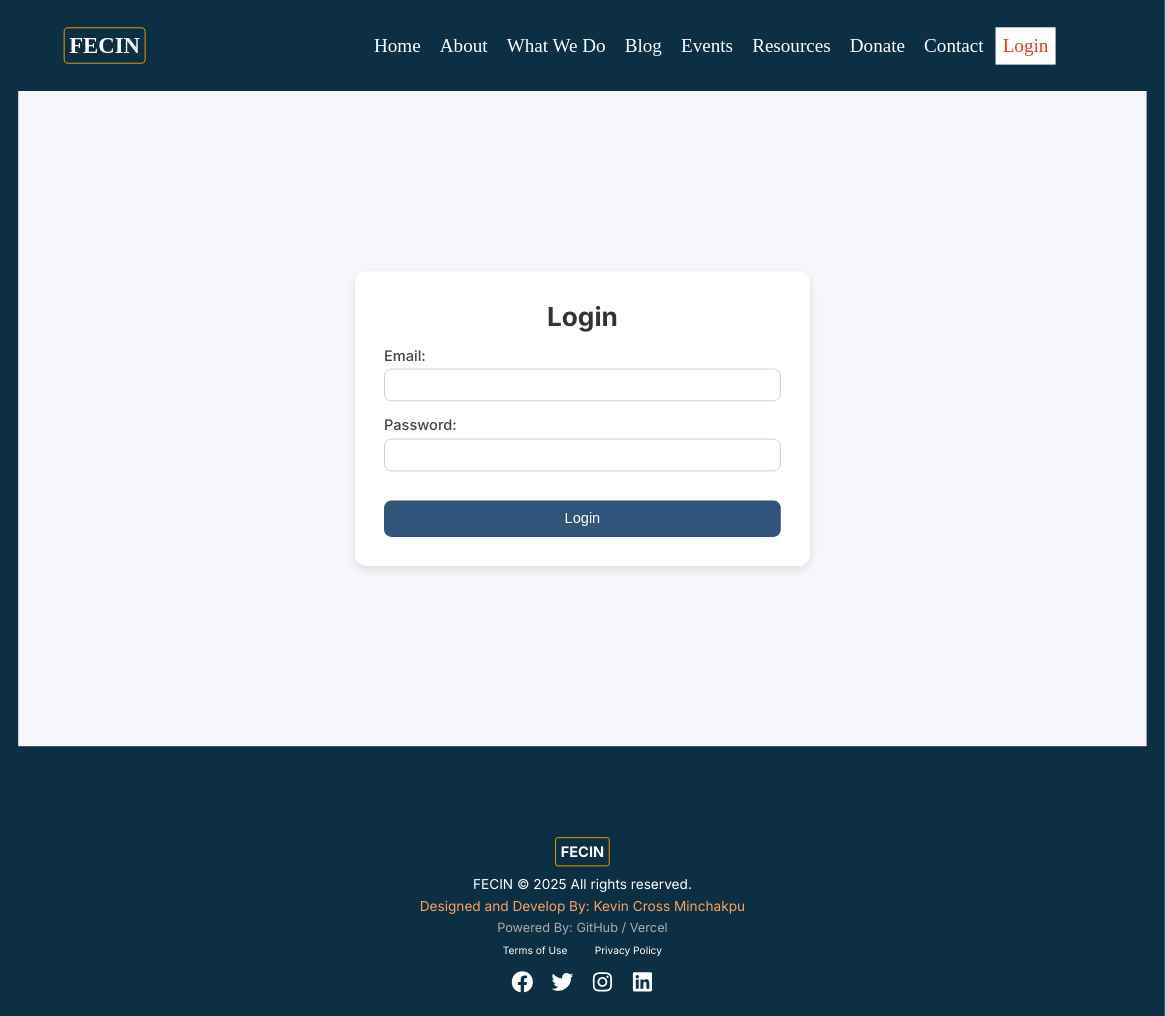
Repository: KCMinchakpu/fecin-projectgs497
Page: /login
An editor plug-in stored every save of this project. The page is shown before and after the next save, followed by the edit.
The browser window is 1280 px wide. The pictures show the whole page, at 91% of full size.
The page's requests for data from a server got no answer. The project was rebuilt for these pictures with package versions that can differ from the ones it lists, and the page was loaded fresh each time. Some packages were replaced by stand-ins written for this rebuild. The framework's server and built-in components were replaced by stand-ins that run in the browser. No one was signed in, and anything a server would have sent is missing. Queries for data that is not in the repository find no rows. Also part of the build but not shown: next.config.mjs.

Above is the page before, as saved 2025-04-12 17:34:46.

After the next save:
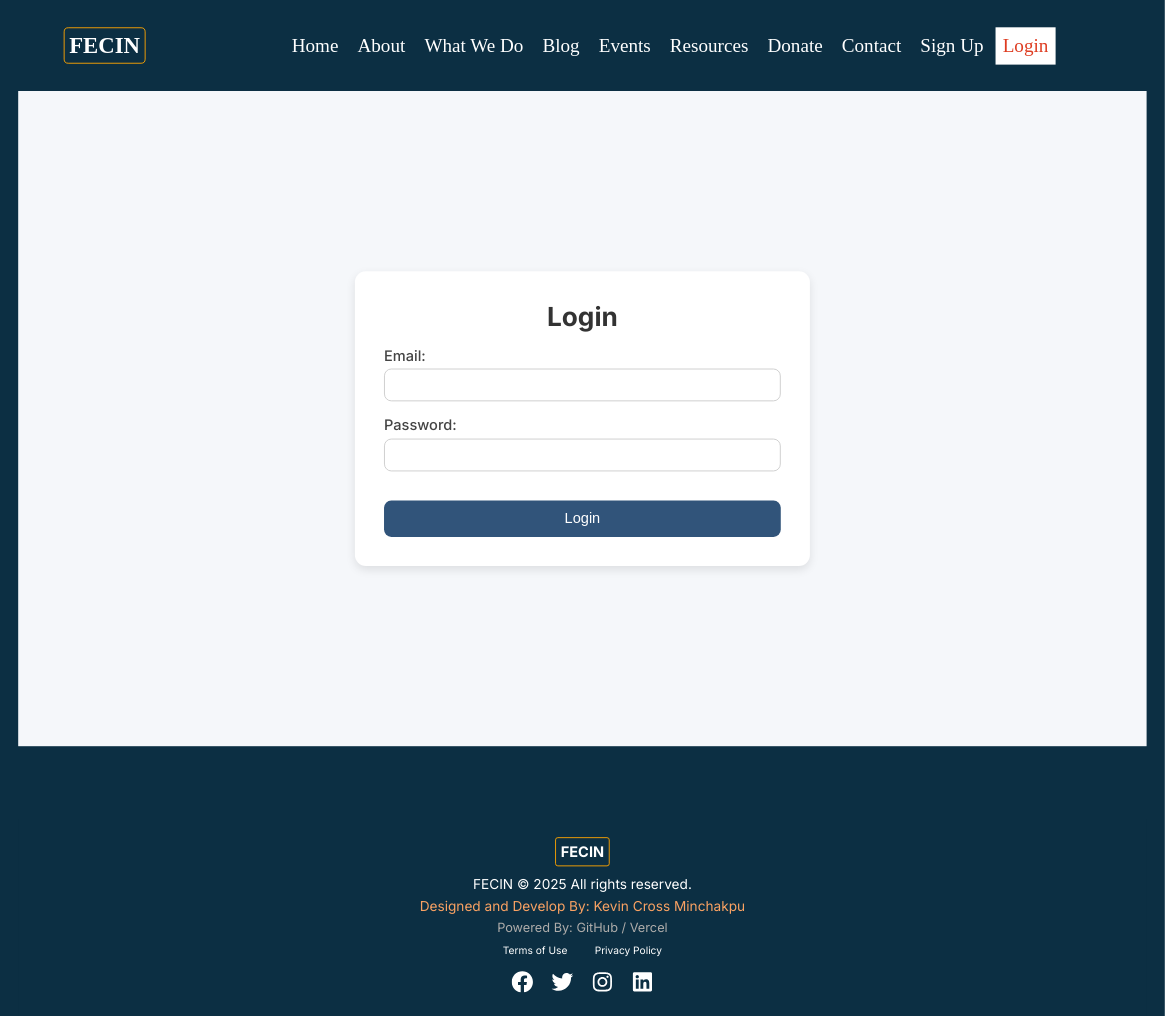
Saved 3 min 25 s later.
--- a/src/components/navbar/links/Links.jsx
+++ b/src/components/navbar/links/Links.jsx
@@ -14,7 +14,8 @@ const links = [
   { title: "Events", path: "/upcoming-events" },
   { title: "Resources", path: "/resources" },
   { title: "Donate", path: "/donate" },
-    { title: "Contact", path: "/contact" },
+  { title: "Contact", path: "/contact" },
+  { title: "Sign Up", path: "/signup" },
   ];
 
 const Links = () => {
